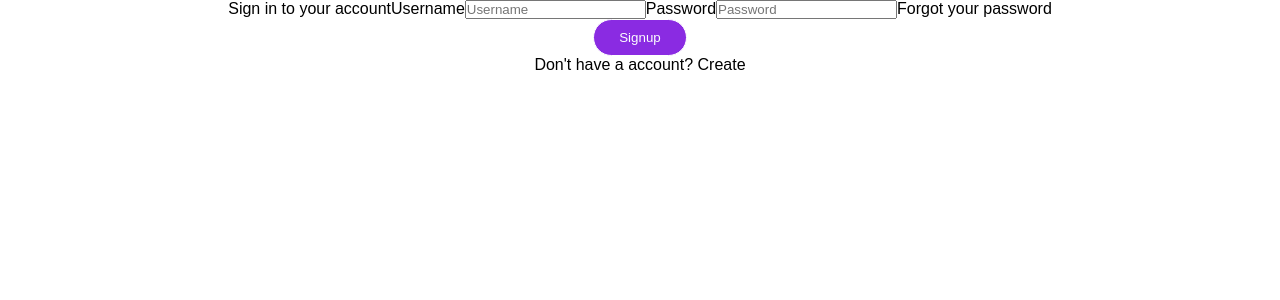
Repository: 70y-ali/branding_
Page: /sign-up (app in client/)
These files come from the project's save history. The page is drawn as it stood at one moment and after a run of saves; the edit follows.
The browser window is 1280 px wide. The pictures show the whole page.
The page's requests for data from a server got no answer. The project was rebuilt for these pictures with package versions that can differ from the ones it lists, and the page was loaded fresh each time. No one was signed in, and anything a server would have sent is missing. Also part of the build but not shown: client/src/components/Home/index.js.

Above is the page before, as saved 2021-02-15 01:29:54.

After the next 6 saves:
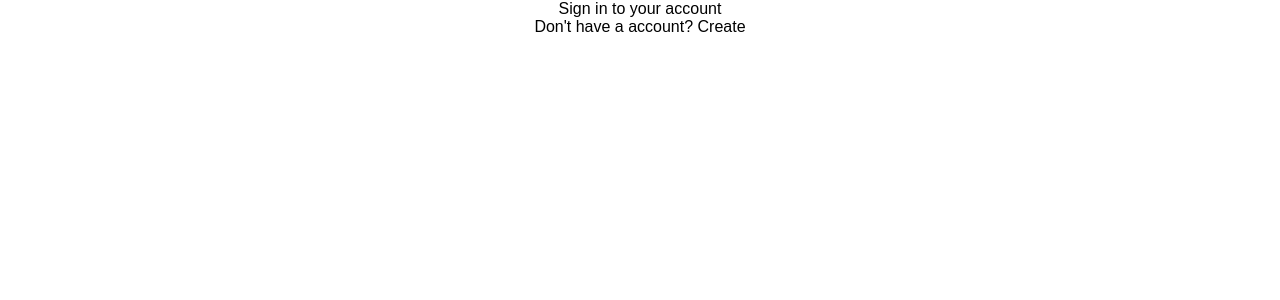
The 6 saves are shown as one change because 4 did not build or start and some came seconds apart.
The last was saved 4 min 45 s later.
--- a/client/src/components/SignUp/index.js
+++ b/client/src/components/SignUp/index.js
@@ -60,27 +60,22 @@
         });
     }, []);
     return (
-        <div>
-            <div className='row' onClick={register}>
-                Sign in to your account
-                <label className='form-label'>Username</label>
-                <input type='text' placeholder='Username' onChange={(e) => {setusernameReq(e.target.value)}}></input>
-                <label>Password</label>
-                <input type='password' placeholder='Password' onChange={(e) => {setpasswordReq(e.target.value)}}></input>
-                <span className='text-right'>Forgot your password</span>
+        <div className='row' onClick={register}>
+            Sign in to your account
+            <form>
                 <div className='row'>
-                    <button className='rounded blue' type='submit' id='color' size='md'>Signup</button>
                 </div>
-                Don't have a account? <span color='blue'>Create</span>
-            </div>
-            {/* <div className='row' onClick={login}>
-                <h4>login</h4>
-                <label>username1</label>
-                <input type='text' onChange={(e) => {setusername(e.target.value)}}></input>
-                <label>password1</label>
-                <input type='password' onChange={(e) => {setpassword(e.target.value)}}></input>
-                <button id='color'>login</button>
+            </form>
+            {/* <label className='form-label'>Username</label>
+            <input type='text' placeholder='Username' onChange={(e) => {setusernameReq(e.target.value)}}></input>
+
+            <label>Password</label>
+            <input type='password' placeholder='Password' onChange={(e) => {setpasswordReq(e.target.value)}}></input>
+            <span className='text-right'>Forgot your password</span>
+            <div className='row'>
+                <button className='rounded blue' type='submit' id='color' size='md'>Signup</button>
             </div> */}
+            Don't have a account? <span color='blue'>Create</span>
         </div>
     );
 }
